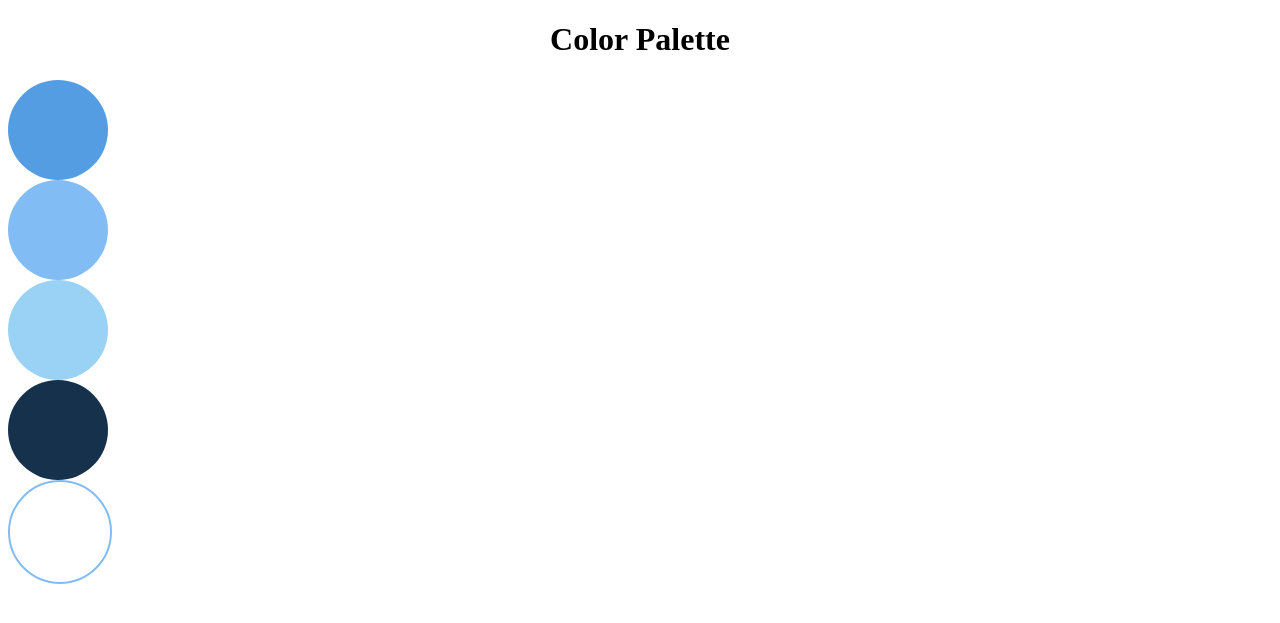
Repository: Pureum309/style_guide
Page: colorpaletteTypo.html
These files come from the project's save history. The page is drawn as it stood at one moment and after the next save; the edit follows.
The browser window is 1280 px wide. The pictures show the whole page.

Above is the page before, as saved 2022-03-03 20:27:50.

After the next save:
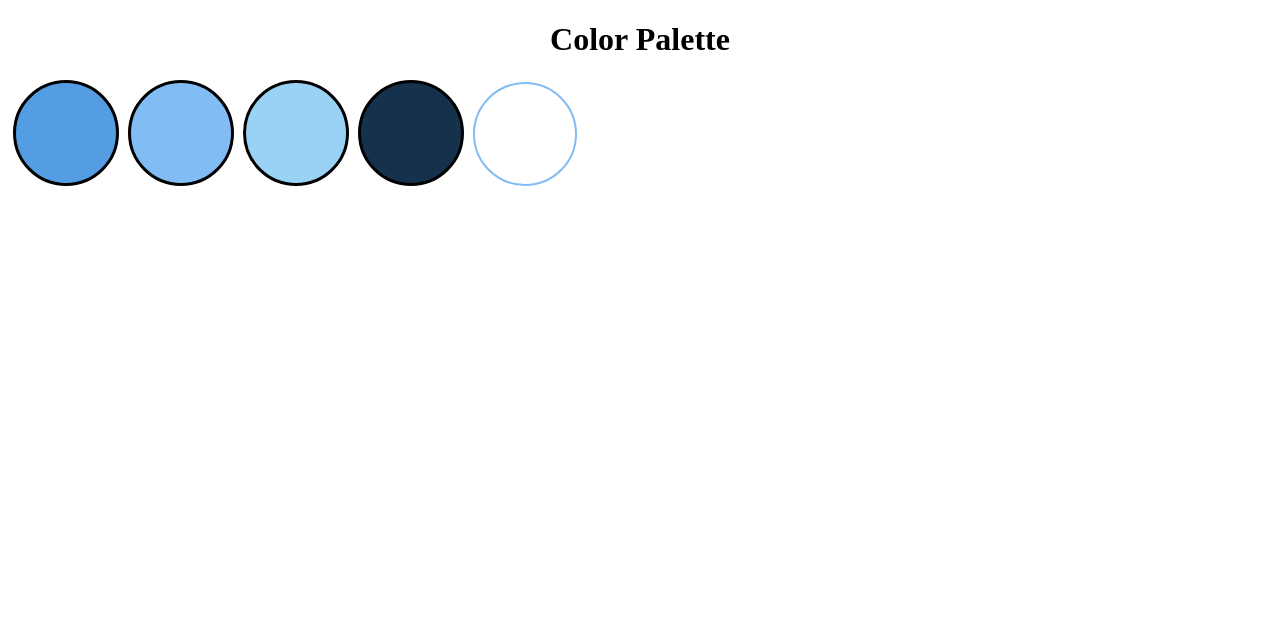
Saved 94 s later.
--- a/main.css
+++ b/main.css
@@ -1,3 +1,15 @@
+div {
+    display: inline-block;
+    margin-left: 5px;
+    height: 40px;
+    width: 100px;
+    border-radius: 05%;
+    border: 3px solid black;
+    text-align: center;
+}
+
+
+
 #circle1 {
     width: 100px;
     height: 100px;
